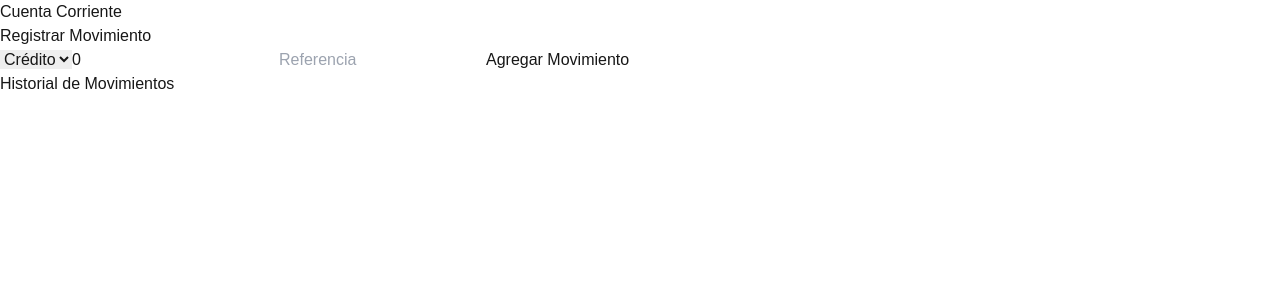
Repository: manucavallera/Sistema-Gestion
Page: /cuenta-corriente
An editor plug-in stored every save of this project. The page is shown before and after the next save, followed by the edit.
The browser window is 1280 px wide. The pictures show the whole page.
The page's requests for data from a server got no answer. The project was rebuilt for these pictures with package versions that can differ from the ones it lists, and the page was loaded fresh each time. The framework's server and built-in components were replaced by stand-ins that run in the browser. No one was signed in, and anything a server would have sent is missing. Also part of the build but not shown: next.config.mjs.

Above is the page before, as saved 2024-11-01 20:30:02.

### src/app/cuenta-corriente/page.tsx
"use client";
import { useEffect, useState } from "react";

// Definimos los tipos para los movimientos y las props
interface Movimiento {
  id: number;
  tipo: string;
  monto: number;
  saldo: number;
  referencia?: string;
}

interface CuentaCorrientePageProps {
  clienteId?: number;
  proveedorId?: number;
}

function CuentaCorrientePage({
  clienteId,
  proveedorId,
}: CuentaCorrientePageProps) {
  const [movimientos, setMovimientos] = useState<Movimiento[]>([]);
  const [nuevoMovimiento, setNuevoMovimiento] = useState({
    tipo: "credito",
    monto: 0,
    referencia: "",
  });

  useEffect(() => {
    const obtenerMovimientos = async () => {
      try {
        const response = await fetch(
          `/api/movimientos?clienteId=${clienteId}&proveedorId=${proveedorId}`
        );
        if (response.ok) {
          const data = await response.json();
          setMovimientos(data);
        } else {
          console.error("Error al obtener movimientos");
        }
      } catch (error) {
        console.error("Error de conexión", error);
      }
    };

    obtenerMovimientos();
  }, [clienteId, proveedorId]);

  const handleInputChange = (
    e: React.ChangeEvent<HTMLInputElement | HTMLSelectElement>
  ) => {
    const { name, value } = e.target;
    setNuevoMovimiento((prev) => ({ ...prev, [name]: value }));
  };

  const agregarMovimiento = async () => {
    try {
      const response = await fetch("/api/movimientos", {
        method: "POST",
        headers: { "Content-Type": "application/json" },
        body: JSON.stringify({
          ...nuevoMovimiento,
          monto: parseFloat(nuevoMovimiento.monto.toString()),
          clienteId,
          proveedorId,
        }),
      });

      if (response.ok) {
        const movimiento: Movimiento = await response.json();
        setMovimientos((prev) => [movimiento, ...prev]);
        setNuevoMovimiento({ tipo: "credito", monto: 0, referencia: "" });
      } else {
        console.error("Error al agregar movimiento");
      }
    } catch (error) {
      console.error("Error de conexión", error);
    }
  };

  return (
    <div>
      <h2>Cuenta Corriente</h2>
      <div>
        <h3>Registrar Movimiento</h3>
        <select
          name='tipo'
          value={nuevoMovimiento.tipo}
          onChange={handleInputChange}
        >
          <option value='credito'>Crédito</option>
          <option value='debito'>Débito</option>
        </select>
        <input
          type='number'
          name='monto'
          value={nuevoMovimiento.monto}
          onChange={handleInputChange}
          placeholder='Monto'
        />
        <input
          type='text'
          name='referencia'
          value={nuevoMovimiento.referencia}
          onChange={handleInputChange}
          placeholder='Referencia'
        />
        <button onClick={agregarMovimiento}>Agregar Movimiento</button>
      </div>

      <h3>Historial de Movimientos</h3>
      <ul>
        {movimientos.map((mov) => (
          <li key={mov.id}>
            {mov.tipo === "credito" ? "+" : "-"}${mov.monto} -{" "}
            {mov.referencia ? `Referencia: ${mov.referencia}` : ""} - Saldo: $
            {mov.saldo}
          </li>
        ))}
      </ul>
    </div>
  );
}

export default CuentaCorrientePage;

Loaded but not shown: src/app/layout.tsx (common file); src/app/globals.css (common file); tailwind.config.ts (common file)

After the next save:
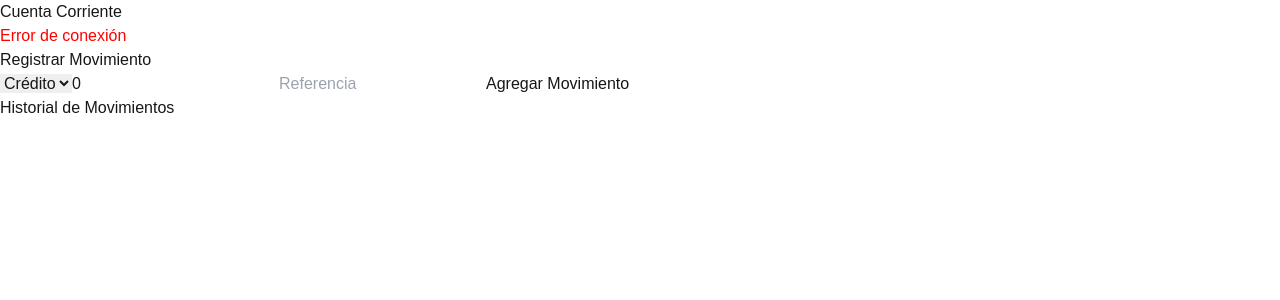
Saved 11 min 45 s later.
--- a/src/app/cuenta-corriente/page.tsx
+++ b/src/app/cuenta-corriente/page.tsx
@@ -25,6 +25,7 @@ function CuentaCorrientePage({
     monto: 0,
     referencia: "",
   });
+  const [error, setError] = useState<string | null>(null);
 
   useEffect(() => {
     const obtenerMovimientos = async () => {
@@ -36,10 +37,10 @@ function CuentaCorrientePage({
           const data = await response.json();
           setMovimientos(data);
         } else {
-          console.error("Error al obtener movimientos");
+          setError("Error al obtener movimientos");
         }
       } catch (error) {
-        console.error("Error de conexión", error);
+        setError("Error de conexión");
       }
     };
 
@@ -54,6 +55,11 @@ function CuentaCorrientePage({
   };
 
   const agregarMovimiento = async () => {
+    if (nuevoMovimiento.monto <= 0) {
+      setError("El monto debe ser mayor que cero.");
+      return;
+    }
+
     try {
       const response = await fetch("/api/movimientos", {
         method: "POST",
@@ -70,17 +76,19 @@ function CuentaCorrientePage({
         const movimiento: Movimiento = await response.json();
         setMovimientos((prev) => [movimiento, ...prev]);
         setNuevoMovimiento({ tipo: "credito", monto: 0, referencia: "" });
+        setError(null); // Limpiar errores anteriores
       } else {
-        console.error("Error al agregar movimiento");
+        setError("Error al agregar movimiento");
       }
     } catch (error) {
-      console.error("Error de conexión", error);
+      setError("Error de conexión");
     }
   };
 
   return (
     <div>
       <h2>Cuenta Corriente</h2>
+      {error && <p style={{ color: "red" }}>{error}</p>}
       <div>
         <h3>Registrar Movimiento</h3>
         <select
@@ -112,9 +120,18 @@ function CuentaCorrientePage({
       <ul>
         {movimientos.map((mov) => (
           <li key={mov.id}>
-            {mov.tipo === "credito" ? "+" : "-"}${mov.monto} -{" "}
-            {mov.referencia ? `Referencia: ${mov.referencia}` : ""} - Saldo: $
-            {mov.saldo}
+            {mov.tipo === "credito" ? "+" : "-"}$
+            {new Intl.NumberFormat("es-AR", {
+              style: "decimal",
+              minimumFractionDigits: 2,
+              maximumFractionDigits: 2,
+            }).format(mov.monto)}{" "}
+            - {mov.referencia ? `Referencia: ${mov.referencia}` : ""} - Saldo: $
+            {new Intl.NumberFormat("es-AR", {
+              style: "decimal",
+              minimumFractionDigits: 2,
+              maximumFractionDigits: 2,
+            }).format(mov.saldo)}
           </li>
         ))}
       </ul>
